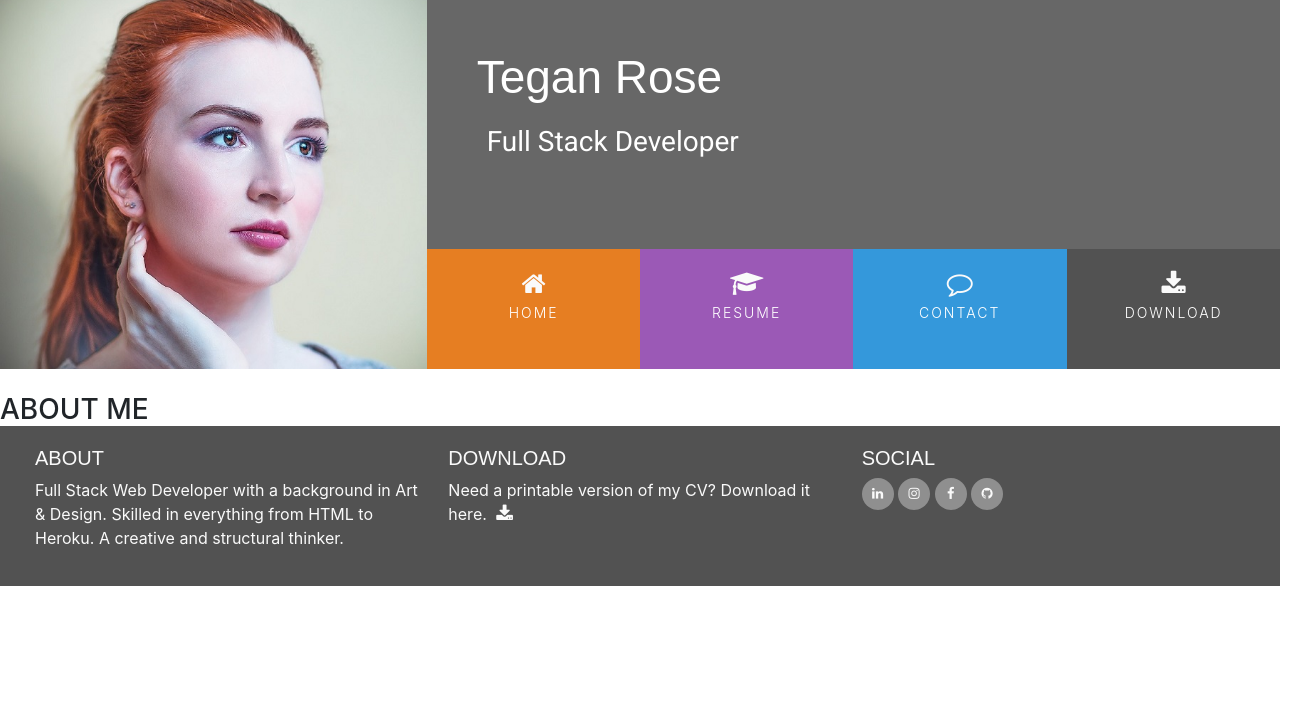
Repository: TSRose/Resume
Page: index.html
The author's editor kept a record of every edit. The page is drawn from the files as they stood at one moment, then again after the next edit.
The browser window is 1280 px wide. The page is 1295 px wide, then 1280 px, so the pictures cover 1295 px, including what lies to the right of the window. The pictures show the whole page.

Above is the page before.

After the next edit:
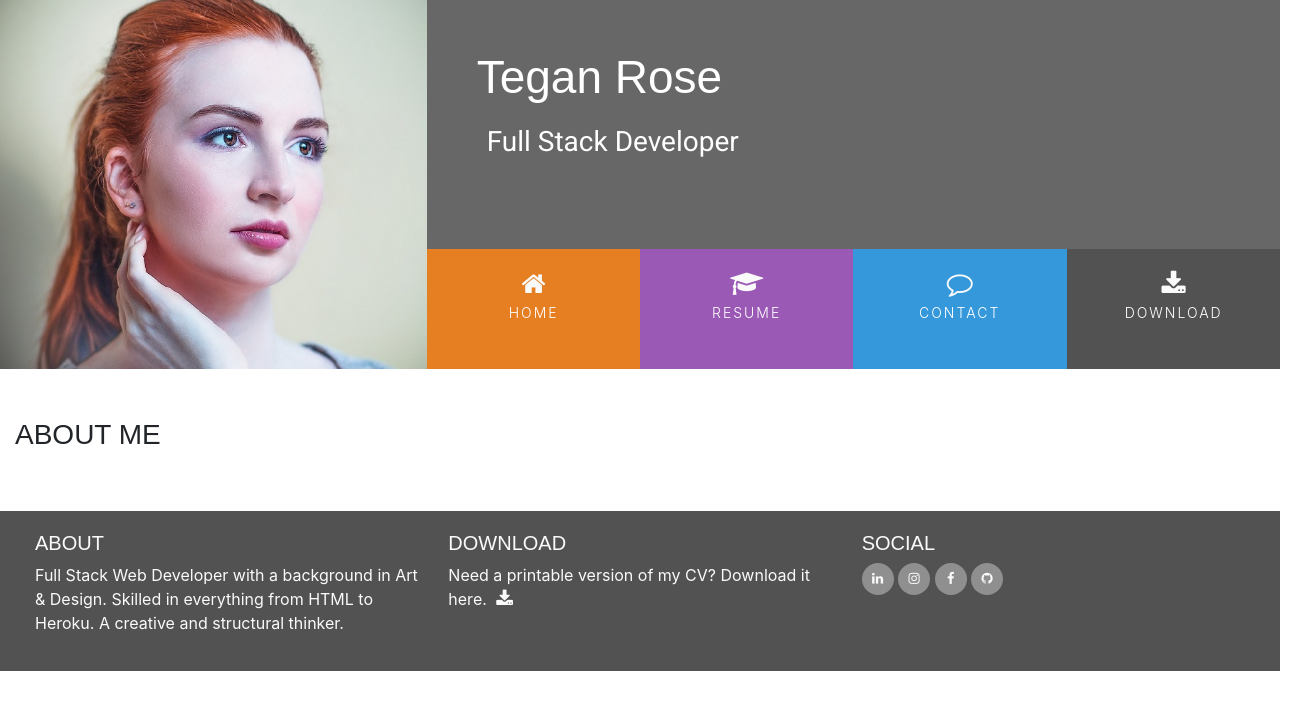
The edit:
--- a/assets/css/style.css
+++ b/assets/css/style.css
@@ -46,6 +46,23 @@
 
 .inline-block {
     display: inline-block;
+}
+
+.row-table {
+    display: table;
+}
+
+.section-column {
+    display: table-cell;
+    padding: 0 30px 30px;
+    float: none;
+}
+
+.section-heading {
+    font-family: "Exo", sans-serif;
+    font-weight: 300;
+    margin-top: 25px;
+    margin-bottom: 30px;
 }
 
 /*------------------------------------Headings */
